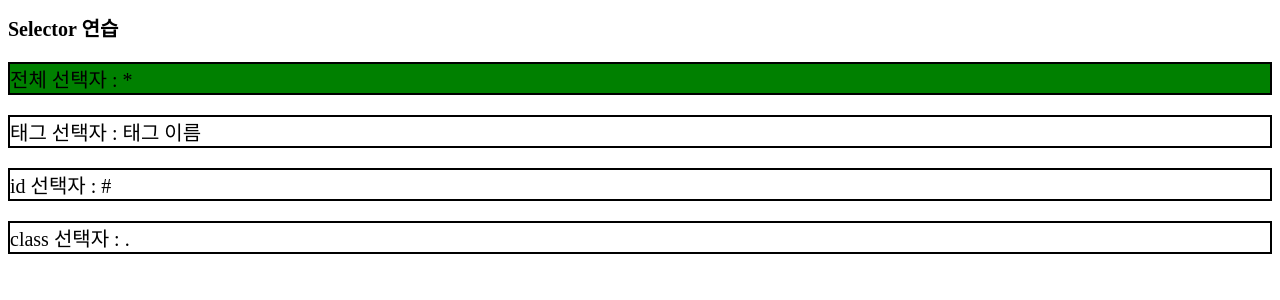
Repository: 753kg/753kg.github.io
Page: KOSTA/webProject/WebContent/day3/selectorTest.html
These files come from the project's save history. The page is drawn as it stood at one moment and after the next save; the edit follows.
The browser window is 1280 px wide. The pictures show the whole page.

Above is the page before, as saved 2021-03-31 00:45:33.

After the next save:
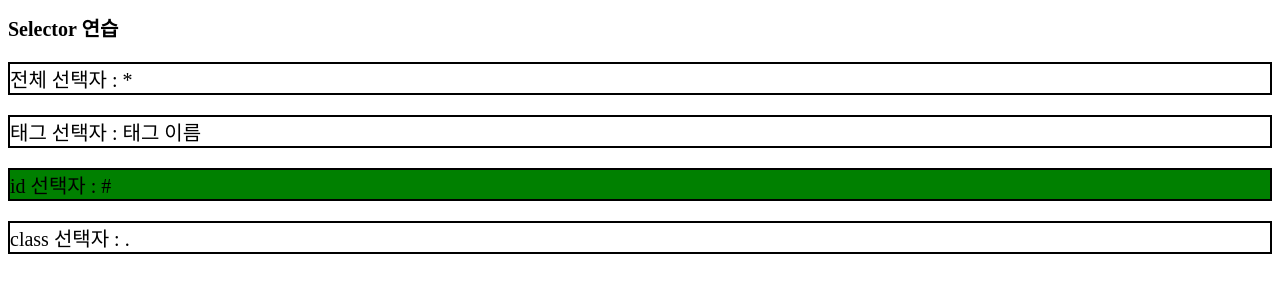
Saved 49 s later.
--- a/KOSTA/webProject/WebContent/day3/selectorTest.html
+++ b/KOSTA/webProject/WebContent/day3/selectorTest.html
@@ -18,9 +18,9 @@
 </head>
 <body>
 <h1>Selector 연습</h1>
-  <p id="p1">전체 선택자 : *</p>
+  <p>전체 선택자 : *</p>
   <p>태그 선택자 : 태그 이름</p>
-  <p>id 선택자 : #</p>
-  <p>class 선택자 : .</p>
+  <p id="p1">id 선택자 : #</p>
+  <p class="here">class 선택자 : .</p>
 </body>
 </html>
